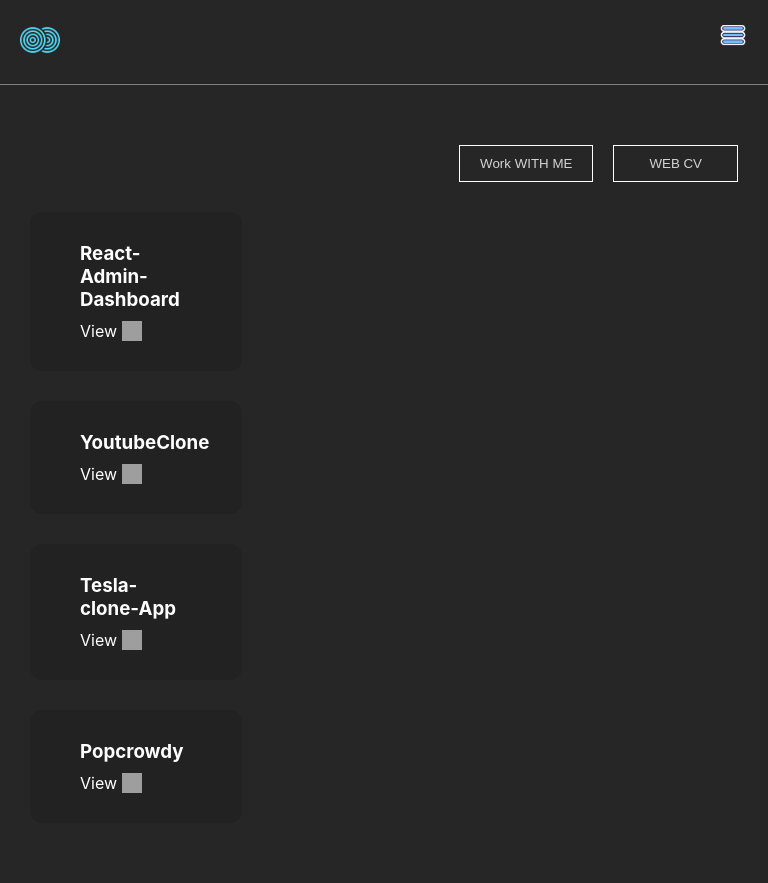
Repository: uh-sman/Portfolio
Page: /projects
The author's editor kept a copy of each file at every save. The page is drawn from the files as they stood at one save, then again after the next save.
The browser window is 768 px wide. The pictures show the whole page.
Pictures or frames that could not be fetched are drawn as grey boxes. The project was rebuilt for these pictures with package versions that can differ from the ones it lists, and the page was loaded fresh each time. Also part of the build but not shown: src/components/about.css, src/components/About.jsx, src/components/services.css, src/components/Services.jsx.

Above is the page before, as saved 2022-11-27 20:47:05.

### src/index.js
import React from "react";
import ReactDOM from "react-dom/client";
import { BrowserRouter } from "react-router-dom";
import "./index.css";
import App from "./App";

const root = ReactDOM.createRoot(document.getElementById("root"));
root.render(
  <BrowserRouter>
    <React.StrictMode>
      <App />
    </React.StrictMode>
  </BrowserRouter>
);

### src/App.js
import "./App.css";
import { Index } from "./components/index";
import { Route, Routes } from "react-router-dom";
import About from "./components/About";
import "animate.css";
import Projects from "./components/Projects";
import Services from "./components/Services";
// import Services from "./components/Services";
function App() {
  return (
    <div className="App">
      <Index />
      <Routes>
        <Route path="/" element={<About />} />
        <Route path="/projects" element={<Projects />} />
        <Route path="/services" element={<Services />} />
      </Routes>
    </div>
  );
}

export default App;

### src/App.css
* {
  margin: 0px;
  padding: 0px;
  box-sizing: border-box;
  text-decoration: none;
  list-style: none;
}
body {
  /* background: rgb(2, 0, 36);
  background: linear-gradient(
    90deg,
    rgba(2, 0, 36, 1) 0%,
    rgba(4, 14, 33, 1) 90%,
    rgba(5, 52, 61, 1) 100%
  ); */
  background: #262626;
}

### src/components/index.js
import React from "react";
import { Navbar } from "./Navbar";
import { Route, Routes } from "react-router-dom";
export const Index = () => {
  return (
    <div>
      <Navbar />
    </div>
  );
};

### src/components/Projects.jsx
import React from "react";
import RepositoriesCard from "./RepositoriesCard";
import "./projects.css";
const Projects = () => {
  return (
    <div>
      <div className="about-section">
        <div className="about-card">
          <div className="about-button">
            <button className="btn1">Work WITH ME</button>
            <button className="btn2">WEB CV</button>
          </div>
        </div>
        <div>
          <RepositoriesCard />
        </div>
      </div>
    </div>
  );
};

export default Projects;

### src/components/Navbar.jsx
import React, { useState } from "react";
import { Link } from "react-router-dom";
import logo from "../assets/ico.png";
import "./navbar.css";
import { Profile } from "./Profile";
export const Navbar = () => {
  const [active, isActive] = useState(false);
  // Get the container element
  // const activeLink = document.querySelector("nav-list");
  // const style = {
  //   backgroundColor: "red",
  //   width: "100%",
  //   height: "100%",
  // };
  // Get all buttons with class="btn" inside the container
  // const btnActive = activeLink.getElementsByClassName("btn");
  // Loop through the buttons and add the active class to the current/clicked button
  // for (var i = 0; i < btnActive.length; i++) {
  //   btnActive[i].addEventListener("click", function () {
  //     var currentMode = document.getElementsByClassName("active");
  //     currentMode[0].className = currentMode[0].className.replace("active", "");
  //     this.className += "active";
  //   });
  // }
  // activeLink.addEventListener()
  return (
    <div>
      <nav className="navbar-container">
        <div className="navbar">
          <div className="navbar-nav">
            <div>
              <a>
                <img src={logo} className="logo" />
              </a>
            </div>
            <ul className="nav-list">
              <Link to="/">
                <a href="">About</a>
              </Link>
              <Link to="/projects">
                <a href="">Projects</a>
              </Link>
              <Link to="/services" className="btn">
                <a href="">Services</a>
              </Link>
            </ul>
          </div>
          <div>
            <Profile />
          </div>
        </div>
      </nav>
    </div>
  );
};

### src/components/RepositoriesCard.jsx
import React from "react";
import "./repositories.css";
import hand from "../assets/hand-right.png";
import { repositories } from "./repositories";
const RepositoriesCard = () => {
  return (
    <div>
      <div className="card-container">
        {repositories.map(({ id, title, link }) => {
          return (
            <div className="card-content" key={id}>
              <h3>{title}</h3>
              <a href={link}>
                View
                <img src={hand} />
              </a>
            </div>
          );
        })}
      </div>
    </div>
  );
};

export default RepositoriesCard;

### src/components/projects.css
.about-section {
  color: white;
  margin: 60px 30px;
}

.about-card {
  justify-content: flex-end;
  display: flex;
}
.btn1 {
  color: lightgray;
  text-align: center;
  background: #262626;
  padding: 10px 20px;
  border: 1px solid white;
}
.btn2 {
  color: lightgray;
  text-align: center;
  margin-left: 20px;
  background: #262626;
  padding: 10px 35px;
  border: 1px solid white;
}

### src/components/navbar.css
.nav-list {
  display: flex;
  align-items: center;
  gap: 20px;
}
.nav-list a {
  color: white;
}
.navbar {
  margin: 20px 20px;
  display: flex;
  justify-content: space-between;
}
.navbar-nav {
  display: flex;
  gap: 10px;
}
.logo {
  width: 40px;
  height: 40px;
  color: white;
}
.navbar-container {
  border-bottom: 0.5px solid gray;
}
/* .btn {
  border: transparent;
  outline: none;
  background: rgba(2, 0, 36, 1) 0%;
} */
/* .active, */
/* .btnSelect:hover {
  border: none;
  border-bottom: 1px solid lightblue;
  cursor: pointer;
} */

@media only screen and (min-width: 200px) and (max-width: 950px) {
  .nav-list {
    display: none;
  }
}

### src/components/Profile.js
import React, { useState } from "react";
import { SiFacebook } from "react-icons/si";
import { FaWhatsapp, FaFacebook, FaRegWindowClose } from "react-icons/fa";
import { TiSocialTwitterCircular } from "react-icons/ti";
import { Link } from "react-router-dom";
import { BsInstagram } from "react-icons/bs";
import burger from "../assets/burger-menu.png";
import close from "../assets/icons8.png";

import "animate.css";
import "./profile.css";
export const Profile = () => {
  const [isActive, setIsActive] = useState(false);
  const style = {};

  return (
    <div>
      <div>
        <section className="profile-section ">
          <button className="button">
            <a>Github</a>
          </button>
          <a>Contact</a>
          <a>
            <BsInstagram />
          </a>
          <a>
            <TiSocialTwitterCircular className="twitter" />
          </a>
          <a>
            <FaFacebook />
          </a>
        </section>
        {isActive ? (
          <div className="sidebar-container">
            <div>
              <FaRegWindowClose
                className="close"
                onClick={() => setIsActive(!isActive)}
              />
              {/* <img src={close} /> */}
            </div>
            <section className="sidebar-section ">
              <ul className="links">
                <Link to="/">
                  <a href="">About</a>
                </Link>
                <Link to="/projects">
                  <a href="">Projects</a>
                </Link>
                <Link to="/services">
                  <a href="">Services</a>
                </Link>
                <button className="button">
                  <a className="link">Github</a>
                </button>
                <a>Contact</a>
              </ul>
              <ul className="link-icons">
                <a>
                  <BsInstagram className="instagram" />
                </a>
                <a>
                  <TiSocialTwitterCircular className="twitter" />
                </a>
                <a>
                  <FaFacebook className="facebook" />
                </a>
              </ul>
            </section>
          </div>
        ) : (
          <div>
            <img
              src={burger}
              className="burger-menu"
              onClick={() => setIsActive(!isActive)}
            />
          </div>
        )}
      </div>
    </div>
  );
};

### src/components/repositories.css
.card-content {
  border-radius: 12px;

  width: 30%;
  background: #222222;
  padding: 30px 50px;
}
.card-container {
  /* display: grid; */
  display: flex;
  gap: 30px;
  margin: 30px 0px;
}
.card-content a {
  padding-top: 10px;
  display: flex;
  align-items: center;
  gap: 5px;
  color: white;
}
.card-content a img {
  width: 20px;
  height: 20px;
}
.card-content a:hover {
  border-bottom: 1px solid gray;
  width: 50px;
}
.icon-right {
  color: yellow;
}
.card-content:hover {
  background-color: white;
  color: black;
}
.card-content:hover a {
  transition-delay: 8000;
  color: black;
}
@media only screen and (max-width: 950px) {
  .card-container {
    flex-direction: column;
  }
}

### src/components/repositories.js
export const repositories = [
  {
    id: 1,
    link: "https://github.com/uh-sman/React-Admin-Dashboard",
    title: "React-Admin-Dashboard",
  },
  {
    id: 2,
    link: "https://github.com/uh-sman/YoutubeClone",
    title: "YoutubeClone",
  },
  {
    id: 3,
    link: "https://github.com/uh-sman/Tesla-clone-App",
    title: "Tesla-clone-App",
  },
  {
    id: 4,
    link: "https://github.com/uh-sman/Popcrowdy",
    title: "Popcrowdy",
  },
];

### src/components/profile.css
.profile-section {
  display: flex;
  gap: 20px;
  align-items: center;
  color: white;
}
.links {
  display: flex;
  flex-direction: column;
  /* display: flex; */
  align-items: center;
  gap: 20px;
}
.links a {
  color: white;
}
.sidebar-container {
  /* display: inline-block; */
  /* margin: 0 0.5rem; */
  /* animation: slideInRight 2s; */
  /* animation-duration: 2s; */
  border-top-left-radius: 10px;
  border-bottom-left-radius: 10px;
  height: 100%;
  width: 40%;
  top: 0px;
  right: 0px;
  background-color: #222222;
  position: fixed;
}
.burger-menu {
  width: 30px;
  height: 30px;
}
.close {
  color: white;
  width: 30px;
  height: 30px;
  margin-left: 10px;
  margin-top: 4px;
}
.button {
  padding: 10px 30px;
  box-shadow: gray;
  border: none;
  font-weight: 700;
  border-radius: 5px;
}
.button a {
  color: black;
}
.link-icons {
  margin-top: 20px;
  display: flex;
  align-items: center;
  gap: 10px;
}
.instagram {
  font-size: 20px;
}
.facebook {
  font-size: 20px;
}
.twitter {
  font-size: 30px;
}

@media only screen and (min-width: 200px) and (max-width: 950px) {
  .profile-section {
    display: none;
  }
}
@media only screen and (min-width: 950px) {
  .burger-menu {
    display: none;
  }
}
.sidebar-section {
  margin-top: 40%;
  justify-content: center;
  display: flex;
  flex-direction: column;
  align-items: center;
  color: white;
}
/* animate__slideInRight */

Loaded but not shown: public/index.html (common file); src/index.css (common file)

After the next save:
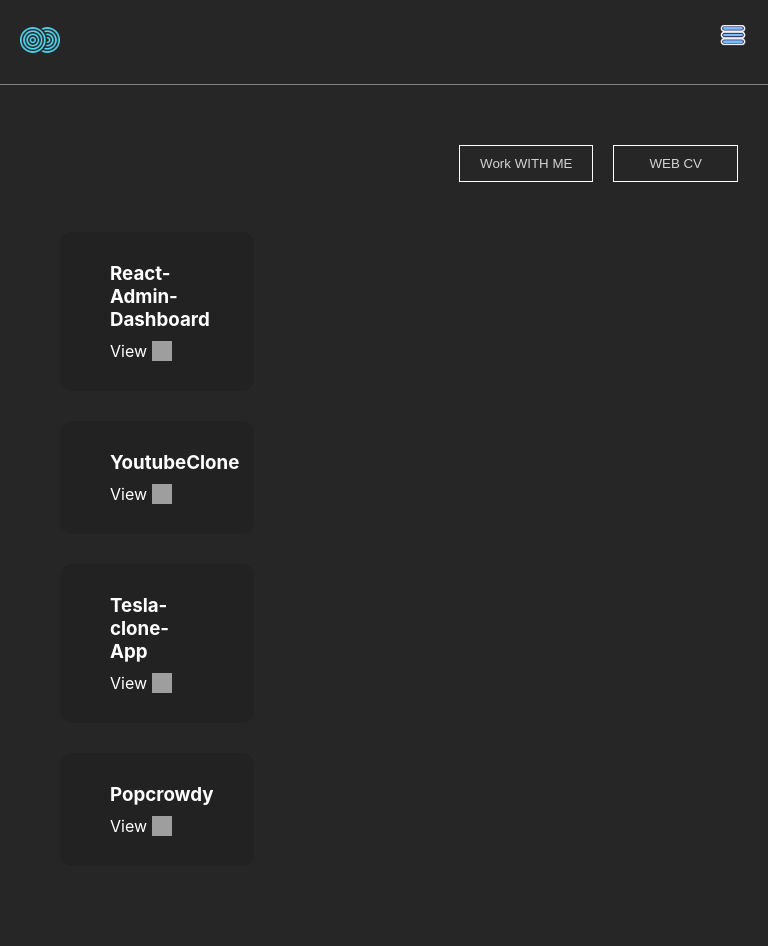
Saved 2 min 9 s later.
--- a/src/components/repositories.css
+++ b/src/components/repositories.css
@@ -40,5 +40,6 @@
 @media only screen and (max-width: 950px) {
   .card-container {
     flex-direction: column;
+    padding: 20px 30px;
   }
 }

After the save that followed:
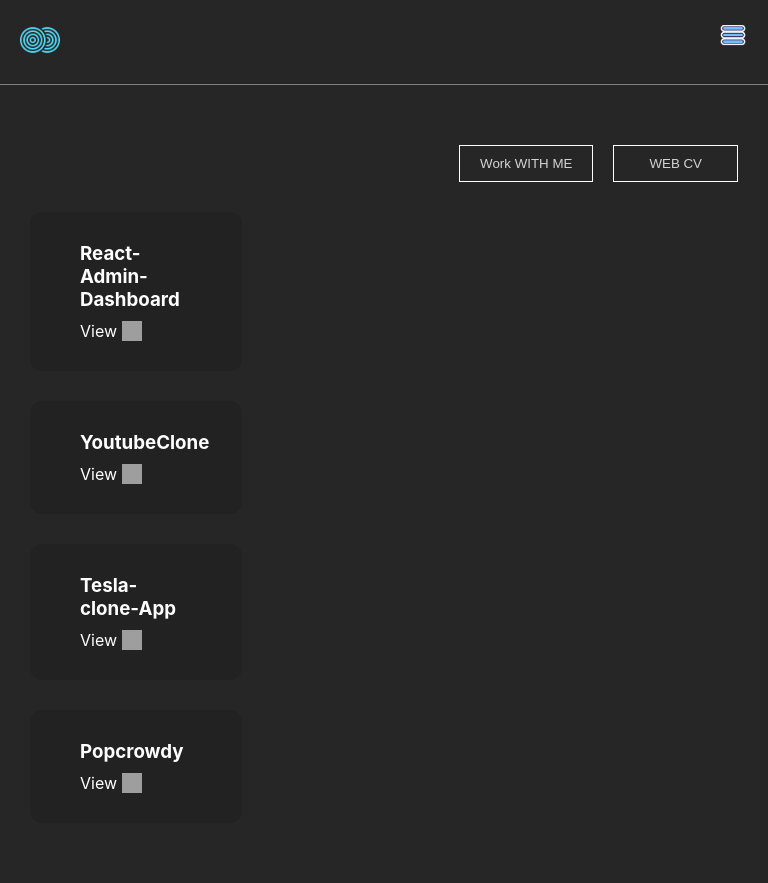
Saved 10 s later.
--- a/src/components/repositories.css
+++ b/src/components/repositories.css
@@ -40,6 +40,5 @@
 @media only screen and (max-width: 950px) {
   .card-container {
     flex-direction: column;
-    padding: 20px 30px;
   }
 }
